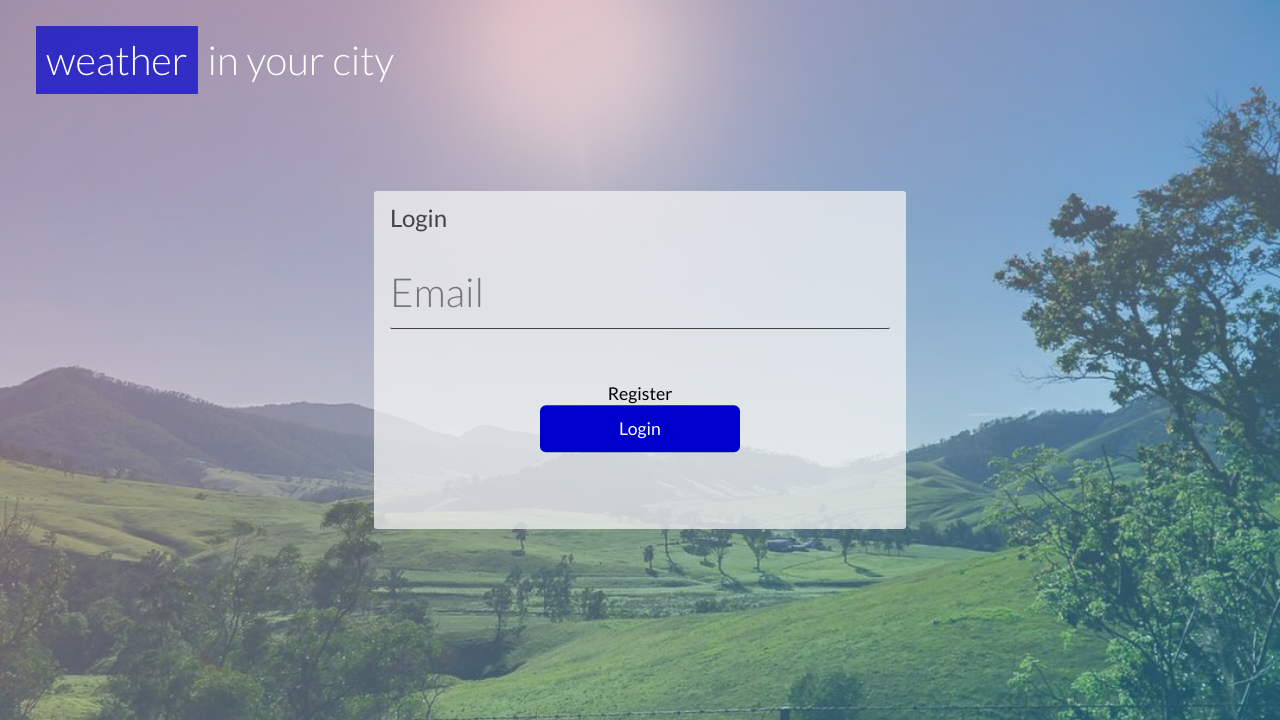
Repository: nosplashurinal/weather-app
Page: /, after clicking the first element matching `button.next`
An editor plug-in stored every save of this project. The page is shown before and after the next save, followed by the edit.
The browser window is 1280 px wide. The pictures show the whole page.
The project was rebuilt for these pictures with package versions that can differ from the ones it lists, and the page was loaded fresh each time. Also part of the build but not shown: src/components/RecentSearches.vue, src/components/Search.vue, src/components/WeatherDataBlock.vue.

Above is the page before, as saved 2018-12-31 17:40:50.

After the next save:
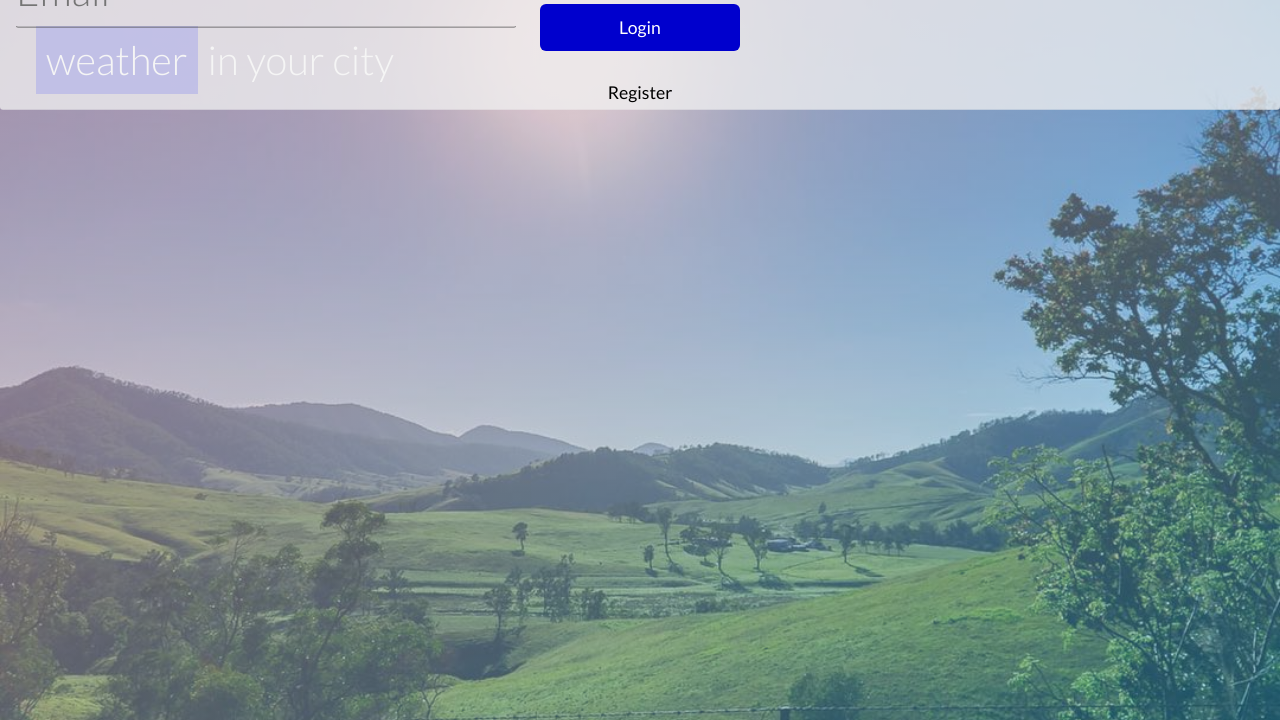
Saved 27 s later.
--- a/src/styles/login.scss
+++ b/src/styles/login.scss
@@ -1,7 +1,7 @@
 @import "./constants.scss";
 
 .login {
-  position: absolute;
+  position: relative;
   top: 50%;
   transform: translate(-50%, -50%);
   left: 50%;
@@ -55,8 +55,6 @@
     .button-container {
       flex: none;
       position: relative;
-      display: block;
-      height: 200px;
       bottom: 0;
       text-align: center;
       font-size: 1.1em;
